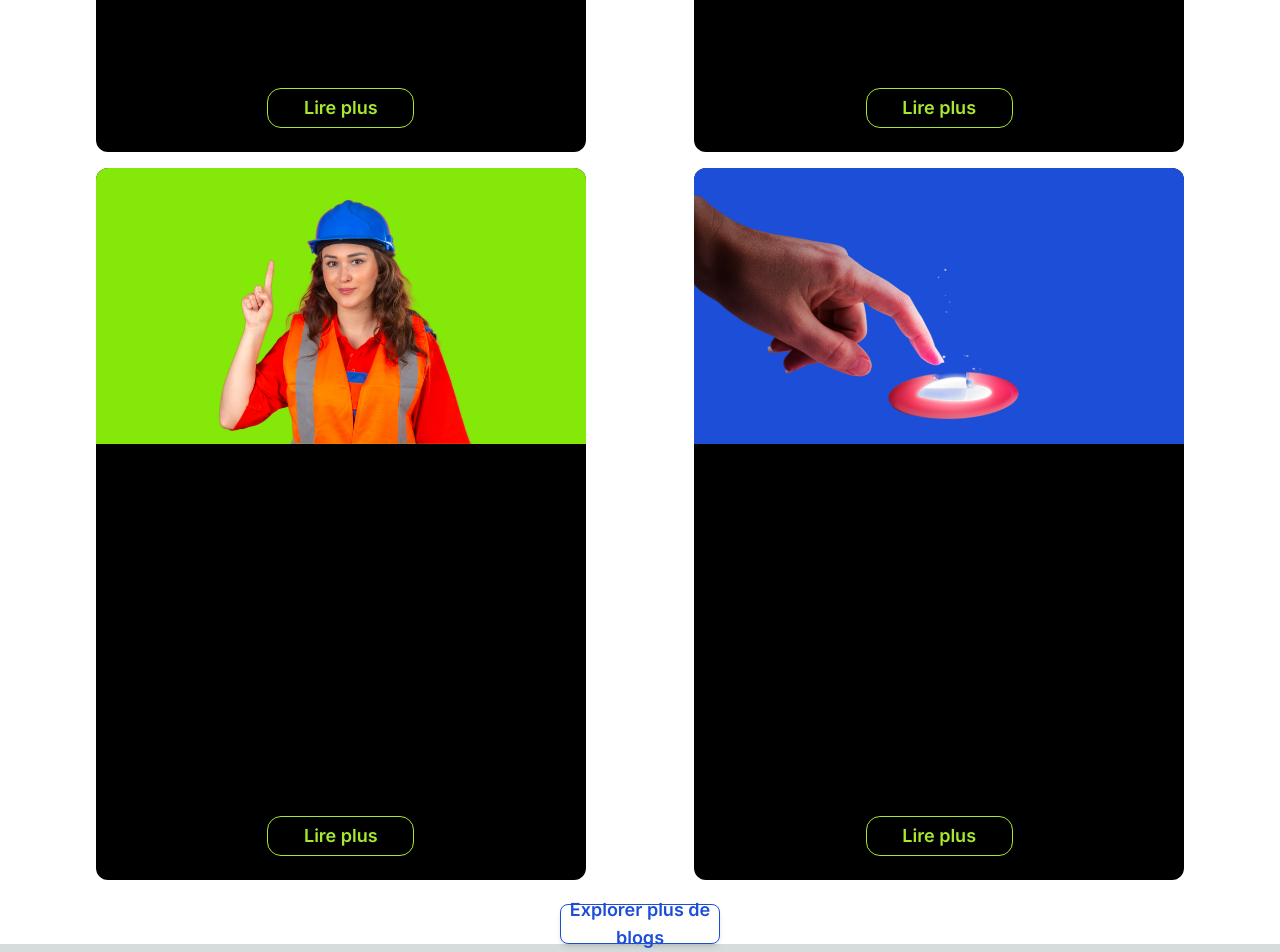
Repository: NassimeElkamari/test
Page: /blogs
These files come from the project's save history. The page is drawn as it stood at one moment and after a run of saves; the edit follows.
The browser window is 1280 px wide. The pictures show the part of the page from y = 1251 to 2203 px (the page is 2203 px tall before and 2195 px after).
The project was rebuilt for these pictures with package versions that can differ from the ones it lists, and the page was loaded fresh each time. The framework's server and built-in components were replaced by stand-ins that run in the browser. Also part of the build but not shown: next.config.mjs.

Above is the page before, as saved 2024-06-12 16:06:50.

After the next 2 saves:
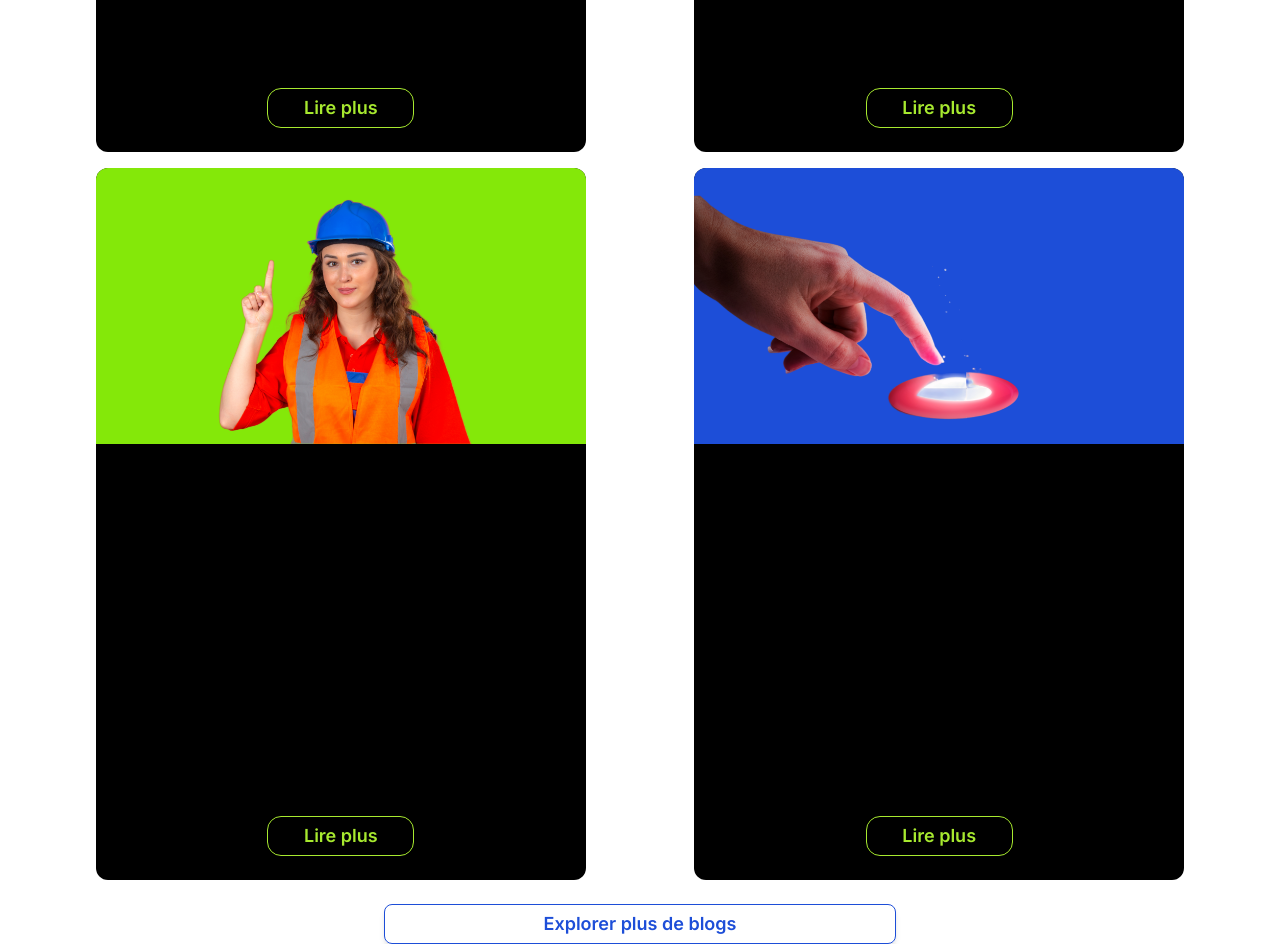
The 2 saves are shown as one change because they came seconds apart.
The last was saved 15 s later.
--- a/src/app/blogs/page.tsx
+++ b/src/app/blogs/page.tsx
@@ -62,7 +62,7 @@ const Blog = () => {
         </div>
       </div>
       <div className="flex justify-center mt-10">
-        <button className=" text-white rounded-lg shadow-md w-40 text-center h-10 border border-[#1D4ED8] flex items-center justify-center">
+        <button className=" text-white rounded-lg shadow-md w-[40%] text-center h-10 border border-[#1D4ED8] flex items-center justify-center">
           <h2 className="text-lg font-semibold text-[#1D4ED8]">Explorer plus de blogs </h2>
         </button>
       </div>
